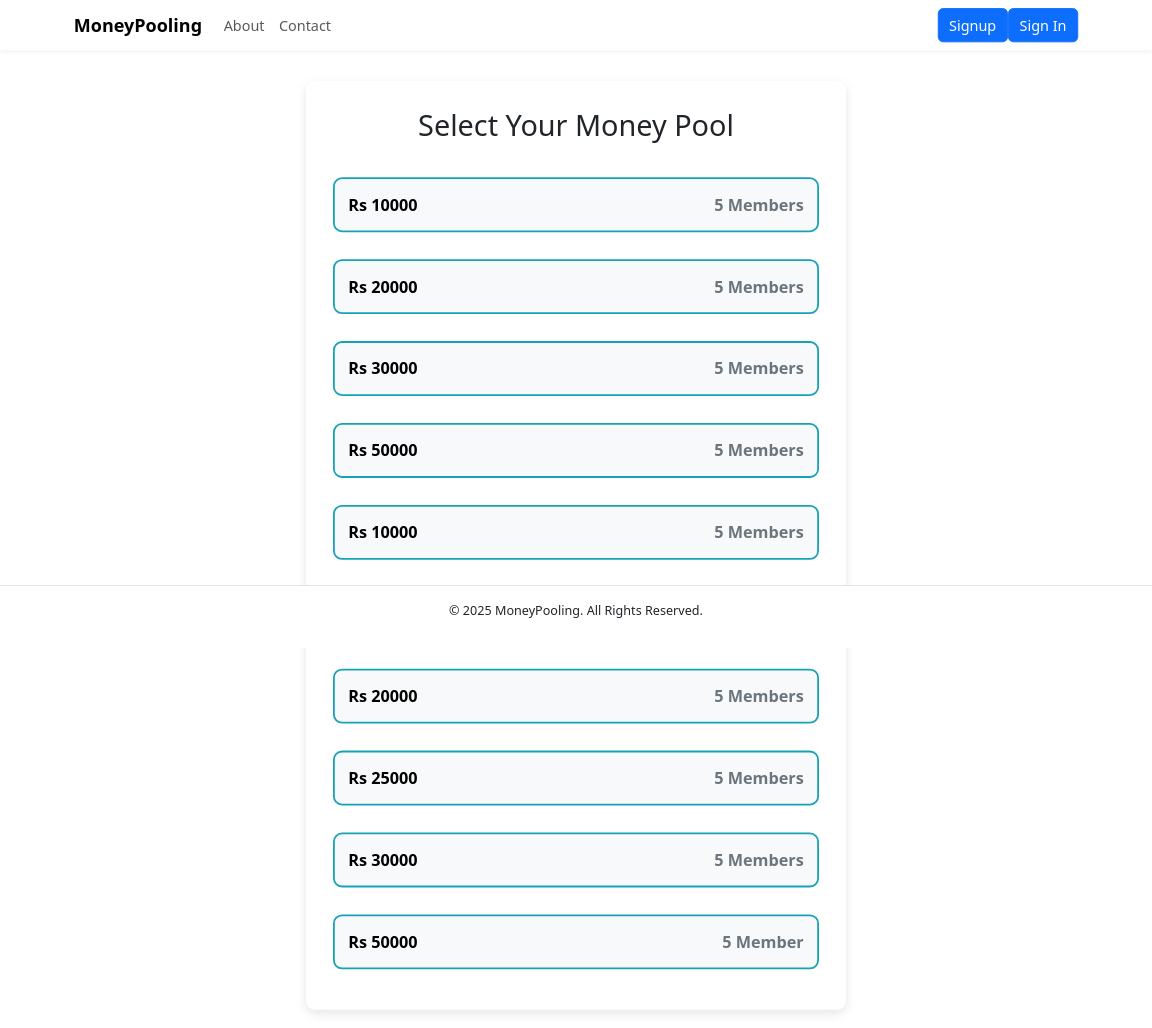
Repository: xxgautm420/MoneyPool
Page: templates/Index.html
An editor plug-in stored every save of this project. The page is shown before and after a run of saves, followed by the edit.
The browser window is 1280 px wide. The pictures show the whole page, at 90% of full size.
The page is served by the project's application, run on Flask 3 (app.py). The template is opened directly, without the code that normally fills it, so the values that code supplies are empty.

Above is the page before, as saved 2025-03-03 23:11:49.

After the next 2 saves:
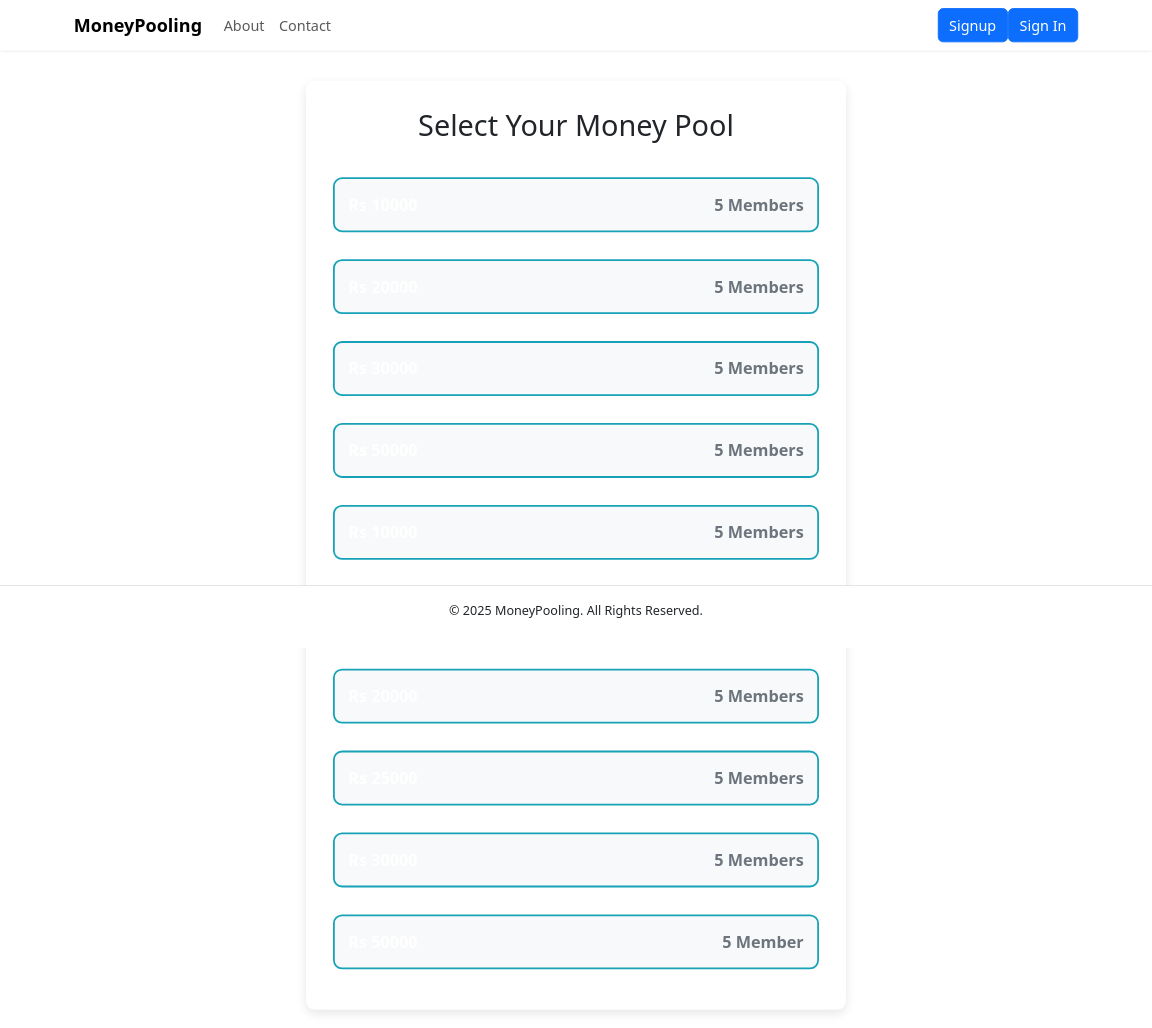
The 2 saves are shown as one change because they came seconds apart.
The last was saved 2 min 42 s later.
--- a/static/Css/style.css
+++ b/static/Css/style.css
@@ -14,6 +14,30 @@
 .navbar {
     box-shadow: 0px 2px 5px rgba(0, 0, 0, 0.1);
 }
+
+/* Container styling for buttons */
+.button-container {
+    display: flex;
+    gap: 10px;
+}
+
+/* Styling for both Signup and Sign In buttons */
+button {
+    background-color: #007bff; /* Primary color */
+    color: white; /* Text color */
+    border: none; /* No border */
+    padding: 10px 20px; /* Padding inside button */
+    border-radius: 5px; /* Rounded corners */
+    font-size: 16px; /* Font size */
+    cursor: pointer; /* Pointer cursor on hover */
+}
+
+/* Additional hover effects for buttons */
+button:hover {
+    background-color: #0056b3; /* Darker shade on hover */
+    transition: background-color 0.3s; /* Smooth transition */
+}
+
 
 
 .main-container {

After the save that followed:
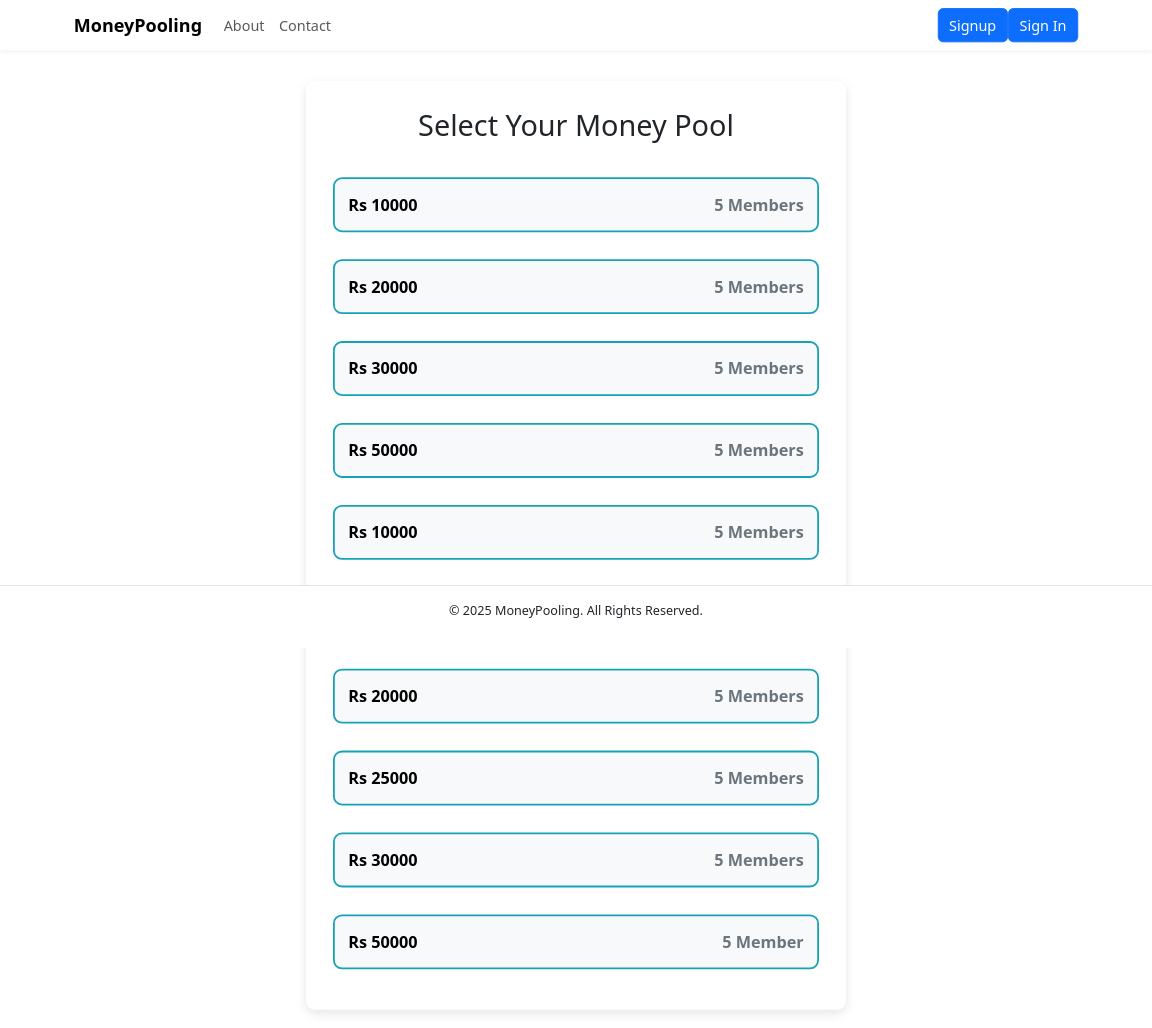
Saved 60 s later.
--- a/static/Css/style.css
+++ b/static/Css/style.css
@@ -15,28 +15,6 @@
     box-shadow: 0px 2px 5px rgba(0, 0, 0, 0.1);
 }
 
-/* Container styling for buttons */
-.button-container {
-    display: flex;
-    gap: 10px;
-}
-
-/* Styling for both Signup and Sign In buttons */
-button {
-    background-color: #007bff; /* Primary color */
-    color: white; /* Text color */
-    border: none; /* No border */
-    padding: 10px 20px; /* Padding inside button */
-    border-radius: 5px; /* Rounded corners */
-    font-size: 16px; /* Font size */
-    cursor: pointer; /* Pointer cursor on hover */
-}
-
-/* Additional hover effects for buttons */
-button:hover {
-    background-color: #0056b3; /* Darker shade on hover */
-    transition: background-color 0.3s; /* Smooth transition */
-}
 
 
 
